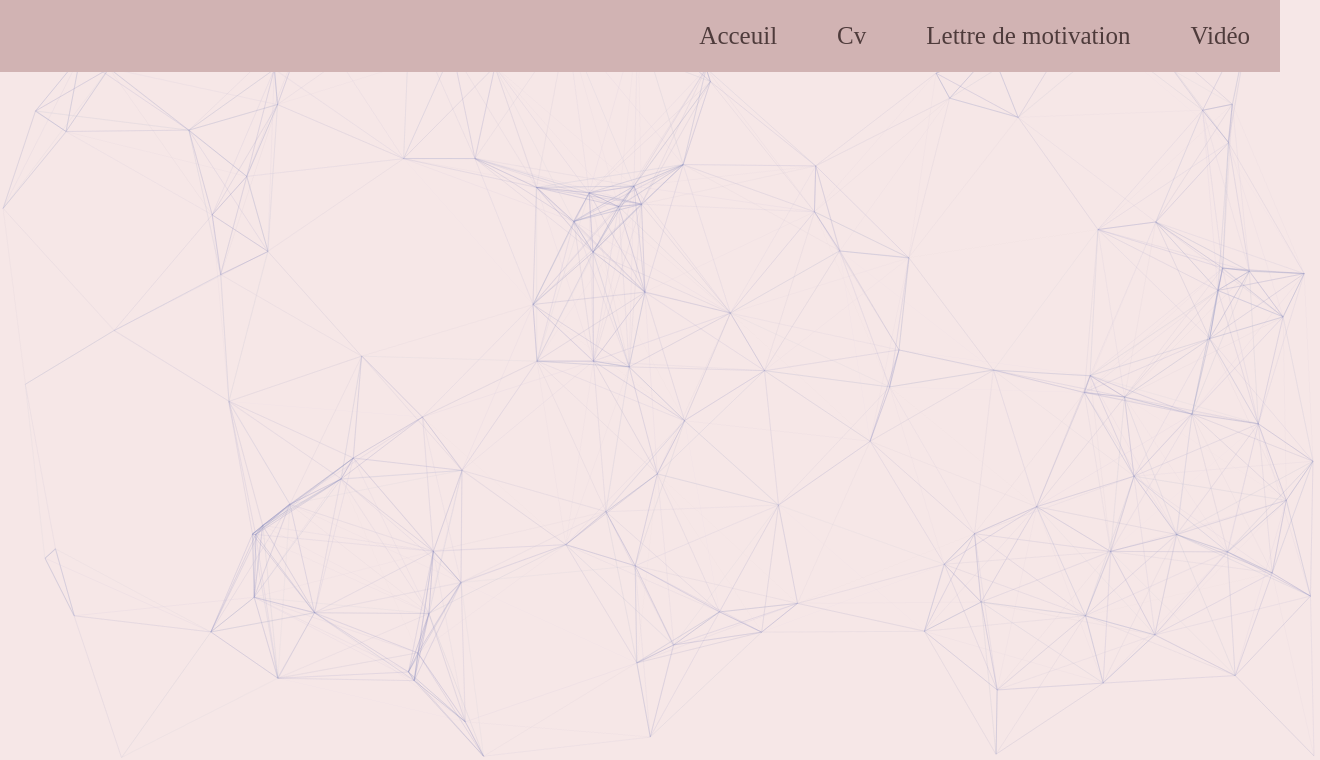
Repository: Iban-del/ProjetBacIban
Page: index.html
An editor plug-in stored every save of this project. The page is shown before and after the next save, followed by the edit.
The browser window is 1280 px wide. The page is 1320 px wide, so the pictures cover 1320 px, including what lies to the right of the window. The pictures show the whole page.
The page's requests for data from a server got no answer.

Above is the page before, as saved 2025-02-25 19:39:36.

After the next save:
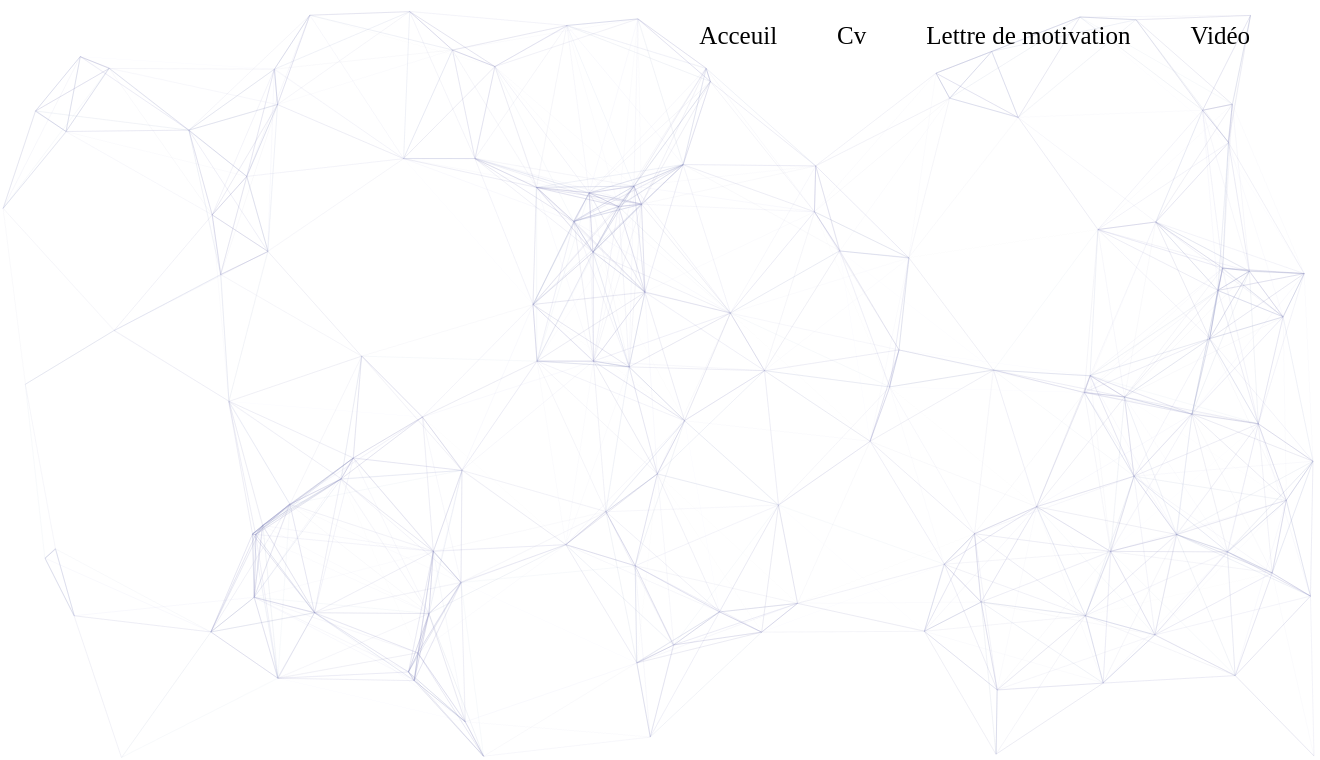
Saved 2 min 55 s later.
--- a/css/index.css
+++ b/css/index.css
@@ -2,19 +2,18 @@ html, body {
     margin: 0px;
     display: flex;
     font-family: Arial, Helvetica, sans-serif;
-    color: #4A3B4E;
-    background-color: #f6e7e7;
+    color: var(--violet-contrast);
+    background-color: var(--violet-2);
     height: 100%;
     width: 100%;
     height: auto;
-
 }
 
 .navBar {
     height: 10%;
     width: 100%;
     position: fixed;
-    background-color: #d1b3b3;
+    background-color: var(--violet-5);
     display: flex;
     justify-content: end;
     align-items: center;
@@ -34,14 +33,14 @@ html, body {
     text-decoration: none;
     background-color: transparent;
     border: none;
-    color: #4e3b3b;
+    color: var(--violet-12);
     font-size: 25px;
     font-weight: 500;
 }
 
 .button-navBar:hover {
     cursor: pointer;
-    color: #976f6f;
+    color: var(--violet-9);
 }
 
 .home {
@@ -52,8 +51,6 @@ html, body {
     top: 10%;
     background-color: transparent;
     margin: 15px;
-
-
 }
 
 .content-left {
@@ -63,7 +60,7 @@ html, body {
     display: flex;
     flex-direction: column;
     align-items: center;
-    background-color: #d1b3b3;
+    background-color: var(--violet-4);
     border-radius: 21px;
 }
 
@@ -90,7 +87,7 @@ html, body {
 
 p {
     font-size: 25px;
-    color: #4e3b3b;
+    color: var(--violet-11);
 }
 
 .bar {
@@ -99,7 +96,7 @@ p {
 
 .cv-image {
     height: 95%;
-    border: 2px solid #b68e8e;
+    border: 2px solid var(--violet-6);
 }
 
 .content-cv, .content-video {
@@ -118,13 +115,14 @@ p {
 .video {
     width: 70%;
     height: 80%;
-    border: 4px solid #976f6f;
-    background-color: #f6e7e7;
-}
-
-.image{
-    width:50%;
-}
+    border: 4px solid var(--violet-8);
+    background-color: var(--violet-3);
+}
+
+.image {
+    width: 50%;
+}
+
 
 /* Responsive Styles */
 @media (max-width: 1024px) {
